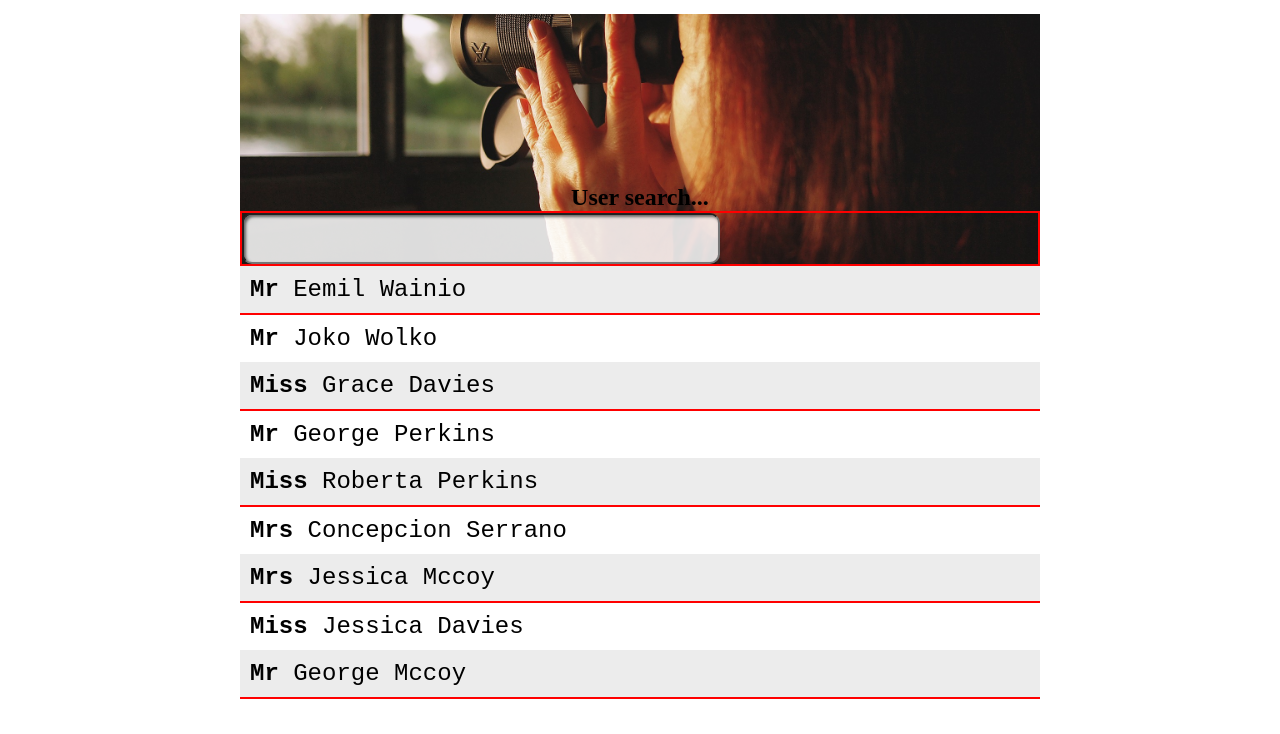
Repository: KrzysKolo/sr_tydzien5_zad4
Page: /
These files come from the project's save history. The page is drawn as it stood at one moment and after the next save; the edit follows.
The browser window is 1280 px wide. The pictures show the whole page.
The project was rebuilt for these pictures with package versions that can differ from the ones it lists, and the page was loaded fresh each time.

Above is the page before, as saved 2021-01-03 05:40:36.

After the next save:
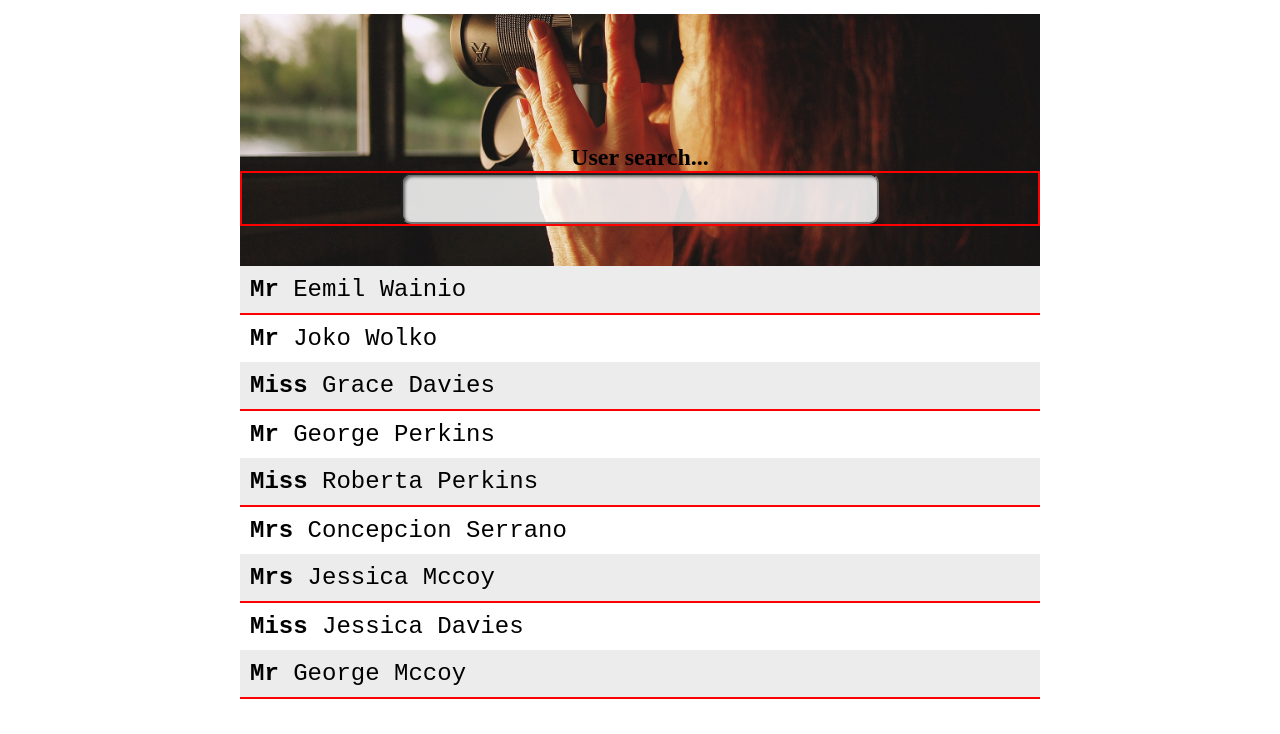
Saved 34 s later.
--- a/src/App.css
+++ b/src/App.css
@@ -28,7 +28,8 @@ section {
   width: 100%;
   border: 2px solid red;
   margin-bottom: 40px;
-  margin: 0 auto;
+  display: flex;
+  justify-content: center;
 }
 .header__search {
   padding: 10px 20px;
